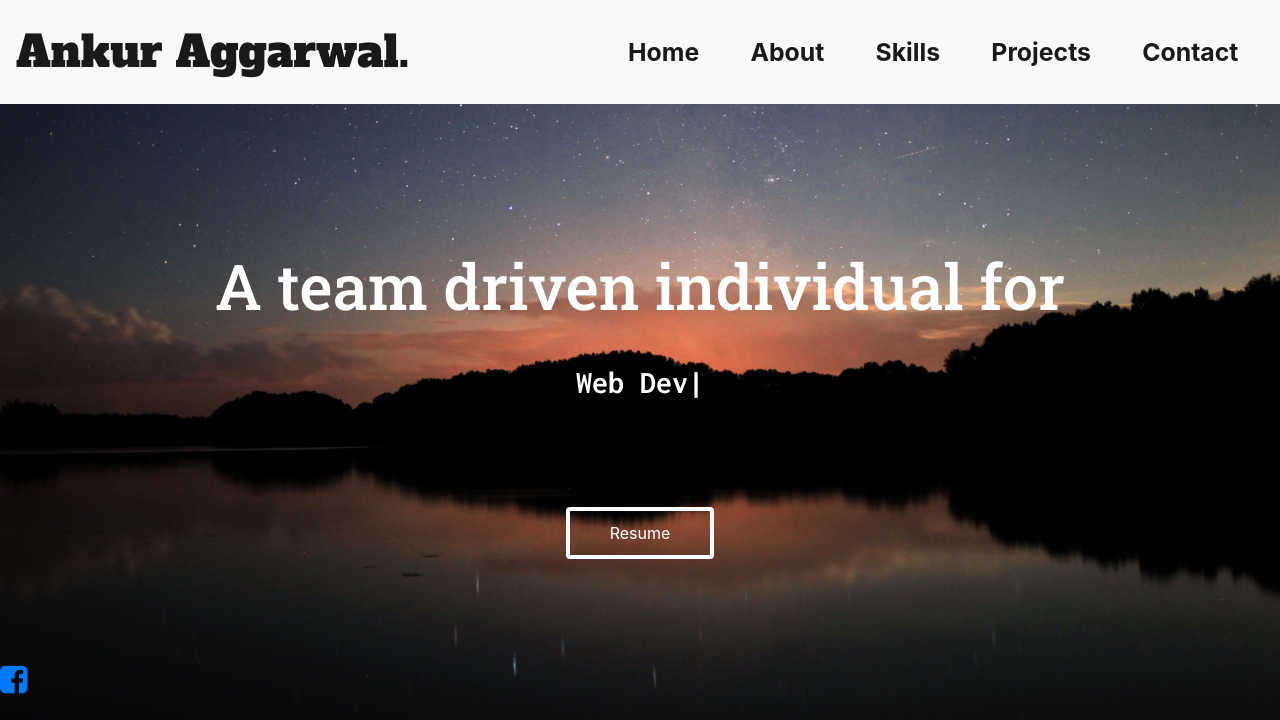
Repository: AnkurDevv/PersonalWebsite
Page: index.html
An editor plug-in stored every save of this project. The page is shown before and after the next save, followed by the edit.
The browser window is 1280 px wide. The pictures show the whole page.

Above is the page before, as saved 2020-09-13 15:53:46.

### index.html
<!DOCTYPE html>
<html>

<head>
  <meta charset="utf-8">
  <meta http-equiv="X-UA-Compatible" content="IE=edge">
  <title>Ankur Aggarwal</title>
  <meta name="description" content="">
  <meta name="viewport" content="width=device-width, initial-scale=1">
  <!-- FONT AWESOME FOR SOCIAL MEDIA ICONS -->
  <link rel="stylesheet" href="https://cdnjs.cloudflare.com/ajax/libs/font-awesome/4.7.0/css/font-awesome.min.css">
  <!-- Importing Bootstrap here -->
  <link rel="stylesheet" href="https://stackpath.bootstrapcdn.com/bootstrap/4.4.1/css/bootstrap.min.css"
    integrity="sha384-Vkoo8x4CGsO3+Hhxv8T/Q5PaXtkKtu6ug5TOeNV6gBiFeWPGFN9MuhOf23Q9Ifjh" crossorigin="anonymous">
  <!--CUSTOM CSS FOR THE PAGE  -->
  <link rel="stylesheet" href="./style/index.css">
  <!-- FOR COOL ANIMATION EFFECTS -->
  <link rel="stylesheet" href="./style/animate.css">
  <!-- FOR COOL TYPING EFFECTS -->
  <script src="https://cdn.jsdelivr.net/npm/typed.js@2.0.11"></script>
  <!-- FOR GOOGLE FONTS - START -->
  <!-- for main heading -->
  <link
    href="https://fonts.googleapis.com/css2?family=Merienda:wght@700&family=Pacifico&family=Roboto&family=Roboto+Slab:wght@500&display=swap"
    rel="stylesheet">
  <!-- For Sub heading -->
  <link
    href="https://fonts.googleapis.com/css2?family=Inconsolata:wght@700&family=Merienda:wght@700&family=Pacifico&family=Roboto&family=Roboto+Slab:wght@500&display=swap"
    rel="stylesheet">
  <!-- For Navbar Logo -->
  <link href="https://fonts.googleapis.com/css2?family=Alfa+Slab+One&display=swap" rel="stylesheet">
  <!-- FOR GOOGLE FONTS - END -->
</head>

<body>
  <header>
    <nav class="navbar navbar-expand-lg navbar-light bg-light">
      <a class="navbar-brand" id="Brand-logo">Ankur Aggarwal.</a>
      <button class="navbar-toggler" type="button" data-toggle="collapse" data-target="#navbarNav"
        aria-controls="navbarNav" aria-expanded="false" aria-label="Toggle navigation">
        <span class="navbar-toggler-icon"></span>
      </button>
      <div class="collapse navbar-collapse" id="navbarNav">
        <ul class="navbar-nav">
          <li class="nav-item active">
            <a class="nav-link" href="#">Home</a>
          </li>
          <li class="nav-item active">
            <a class="nav-link" href="#">About</a>
          </li>
          <!-- <li class="nav-item active">
            <a class="nav-link" href="#">Why Me?</a>
          </li> -->
          <li class="nav-item active">
            <a class="nav-link" href="#">Skills</a>
          </li>
          <li class="nav-item active">
            <a class="nav-link" href="#">Projects</a>
          </li>
          <li class="nav-item active">
            <a class="nav-link" href="#">Contact</a>
          </li>
        </ul>
      </div>
    </nav>


    <!-- FIRST IMPRESSION SECTION - START -->
    <section class="first-impression-section">
      <div class="row first-impression-row">
        <h1 class="text-center animated fadeInDown" id="MainNameHeading">A team driven individual for
        </h1>
      </div>
      <div class="row">
        <h3 id="MainSubHeading">
          <span id="typed" style="white-space:pre;"></span>
          <!-- <span class="typed-cursor typed-cursor--blink">|</span> -->
        </h3>
      </div>

      <!-- RESUME BUTTON - START -->
      <div class="row" id="ResumeDiv">
        <a type="button" href="https://drive.google.com/file/d/129eEq26ATzqey1-hpHnRXs40bzbBVkSX/view?usp=sharing"
          target="blank" class="btn btn-primary" id="ResumeBtn">Resume</a>
      </div>
      <!-- RESUME BUTTON - END -->

      <!-- SOCIAL LINKS -->
      <div class="socialLinksDiv">
        <a href="https://www.facebook.com/ankur.aggarwal1234" target="blank"><i
            class="fa fa-facebook-square fa-2x"></i></a>
      </div>

    </section>
    <!-- FIRST IMPRESSION SECTION - END -->


  </header>

  <script>
    // JS FOR COOL TYPING EFFECT USING TYPE.JS -  START
    var options = {
      strings: ['Web Development.', 'Software Engineering.', 'Product Development.'],
      typeSpeed: 100,
      loop: true,
      backDelay: 800,
      backSpeed: 80,
      startDelay: 1000,
    };
    var typed = new Typed('#typed', options);
// JS FOR COOL TYPING EFFECT USING TYPE.JS -  END
  </script>

  <!-- NECESSARY JS FOR BOOTSTRAP - START -->
  <script src="https://code.jquery.com/jquery-3.4.1.slim.min.js"
    integrity="sha384-J6qa4849blE2+poT4WnyKhv5vZF5SrPo0iEjwBvKU7imGFAV0wwj1yYfoRSJoZ+n"
    crossorigin="anonymous"></script>
  <script src="https://cdn.jsdelivr.net/npm/popper.js@1.16.0/dist/umd/popper.min.js"
    integrity="sha384-Q6E9RHvbIyZFJoft+2mJbHaEWldlvI9IOYy5n3zV9zzTtmI3UksdQRVvoxMfooAo"
    crossorigin="anonymous"></script>
  <script src="https://stackpath.bootstrapcdn.com/bootstrap/4.4.1/js/bootstrap.min.js"
    integrity="sha384-wfSDF2E50Y2D1uUdj0O3uMBJnjuUD4Ih7YwaYd1iqfktj0Uod8GCExl3Og8ifwB6"
    crossorigin="anonymous"></script>
  <!-- NECESSARY JS FOR BOOTSTRAP - END -->

  <!-- ADDING JQUERY - START -->
  <script src="https://ajax.googleapis.com/ajax/libs/jquery/3.5.1/jquery.min.js"></script>
  <!-- ADDING JQUERY - END -->

  <!-- CUSTOM JS FOR THE PAGE - START  -->
  <script src="index.js"></script>
  <!-- CUSTOM JS FOR THE PAGE - END  -->
</body>

</html>

### style/index.css
body{
  margin-left: 0;
  margin-right: 0;
}

/* NAVBAR CSS - START */

#Brand-logo{
  font-family: 'Alfa Slab One', cursive;
  font-size: 270%;
}

.navbar-nav{
  margin-left: auto;
}

.nav-link{
  font-size: 155%;
  font-weight: 700;
  padding: 2vw!important;
}

@media only screen and (max-width: 992px) {
  .nav-link{
    text-align: center;
  }
}

@media only screen and (max-width: 600px) {

  #Brand-logo{
    font-size: 140%;
  }

  .navbar-nav{
    height: 100vh;
  }

  .nav-link{
    margin: 5vh auto;
  }

}

/* NAVBAR CSS - END */

/* FIRST IMPRESSION SECTION CSS - START */
header{
  height: 100vh; /* Takes 100% of the screen size */
  background-image:url(../images/sunset_skyline_lake_reflection_114025_1920x1080.jpg);
  -webkit-background-size: cover;
  background-position: center;
  overflow: hidden;
}

#MainNameHeading{
  margin: 0 auto;
  margin-top: 20vh;
  font-size: 395%;
  color: white;
  font-family: 'Roboto Slab', serif;
  padding-bottom: 3%;
}

#MainSubHeading{
  margin: 0 auto;
  color: white;
  text-align: -webkit-center;
  font-family: 'Inconsolata', monospace;
  font-size: xx-large;
}

#ResumeBtn{
  -webkit-appearance: button;
  -moz-appearance: button;
  appearance: button;
  margin: 8% auto;
  padding: 10px 3%;
  background-color: transparent;
  border: 4px solid white;
}

#ResumeBtn:hover{
  background-color: white;
  color: black;
  font-weight: 700;
  font-size: 130%;
}

@media only screen and (max-width: 600px) {
  #MainNameHeading{
    font-size: 300%;
  }
  #MainSubHeading{
    font-size: x-large;
  }
}
/* FIRST IMPRESSION SECTION CSS - ENDS */

### index.js
// CHANGING NAVBAR COLOR WHEN A USER HOVERS OVER A LINK
$(document).ready(function () {

  // makes nav transparent when user hovers on a link
  $(".nav-link").hover(function () {
    $('.navbar').addClass('bg-dark').removeClass('bg-light');
    $('#Brand-logo').css("color", "white");
    $('.nav-link').css("color", "white");
    $('.navbar-toggler').css("color", "white");
  });

  // makes nav non-transparent when user hovers on a link
  $(".navbar").mouseleave(function () {
    $('.navbar').addClass('bg-light').removeClass('bg-dark');
    $('#Brand-logo').css("color", "black");
    $('.nav-link').css("color", "black");
    $('.navbar-toggler').css("color", "black");
  });

});

Loaded but not shown: style/animate.css (library)

After the next save:
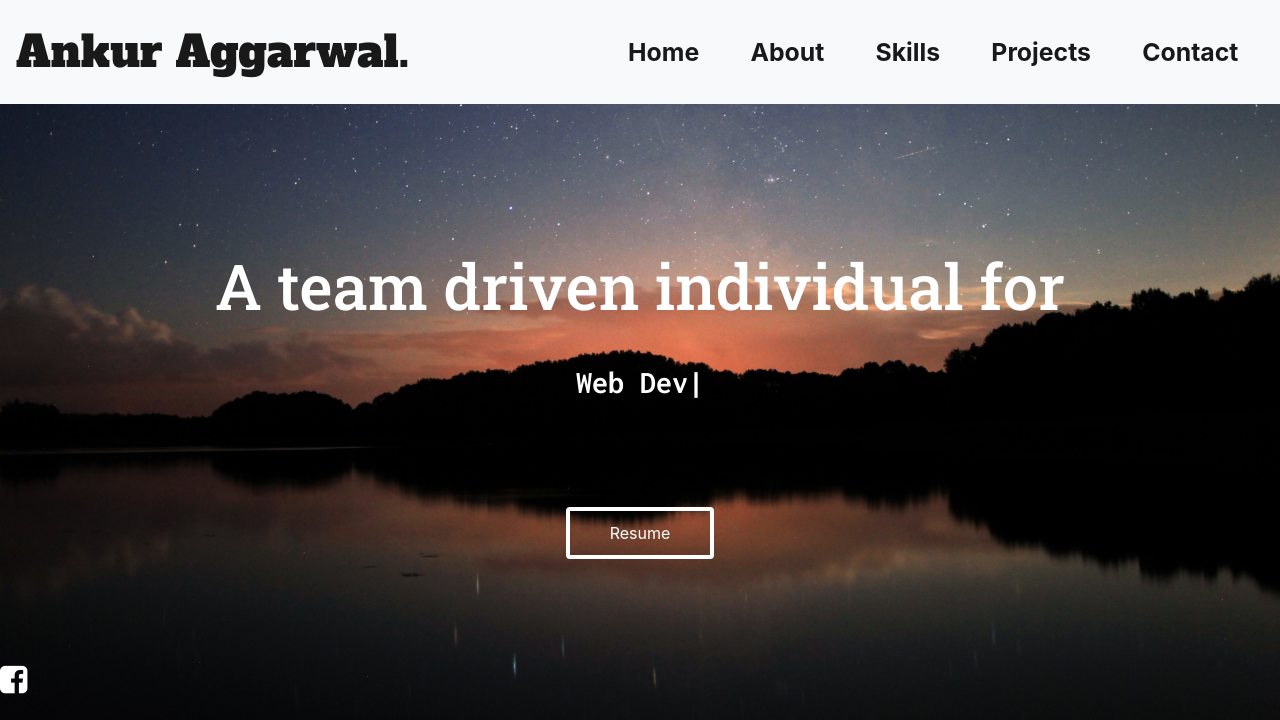
Saved 2 min 23 s later.
--- a/index.html
+++ b/index.html
@@ -88,7 +88,7 @@
       <!-- SOCIAL LINKS -->
       <div class="socialLinksDiv">
         <a href="https://www.facebook.com/ankur.aggarwal1234" target="blank"><i
-            class="fa fa-facebook-square fa-2x"></i></a>
+            class="fa fa-facebook-square fa-2x text-white"></i></a>
       </div>
 
     </section>
